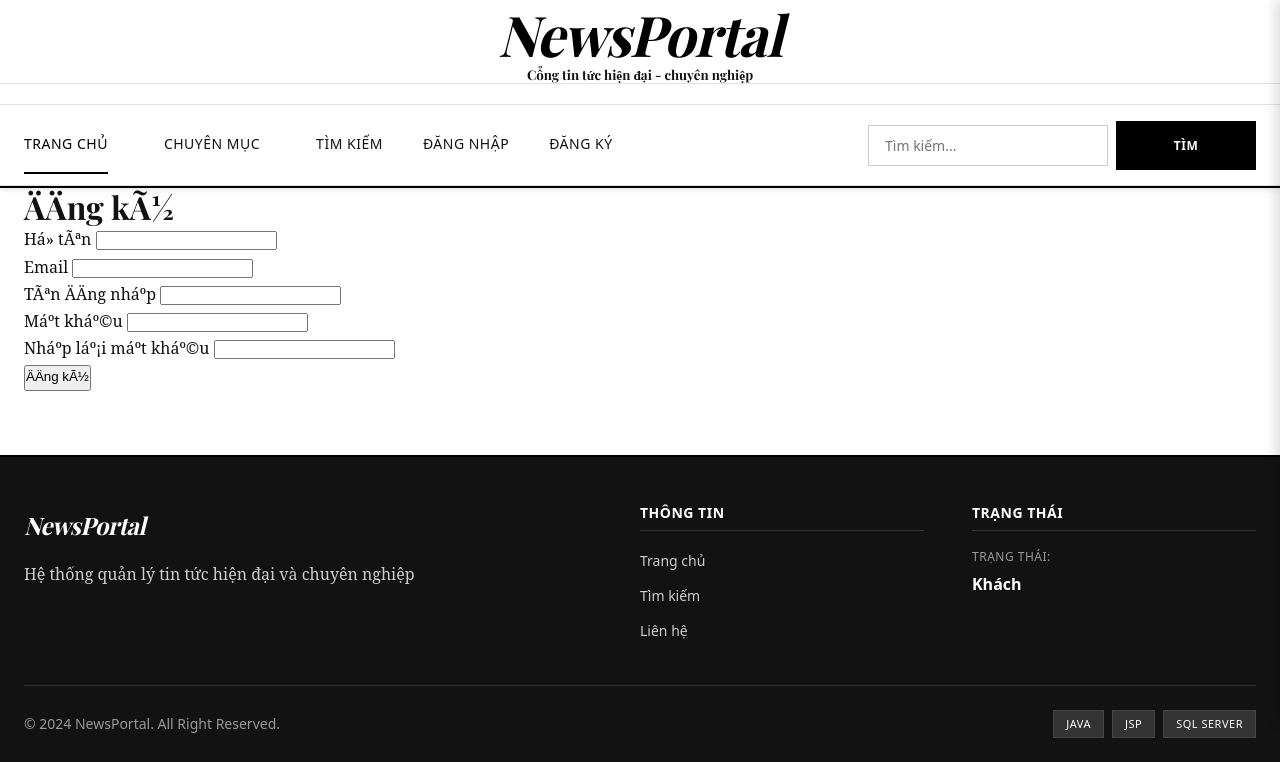
Repository: minhtvpy00202-git/Assignment_PY00202_MinhTV
Page: http://localhost/NewsPortal_PY00202/WEB-INF/views/register.jsp
These files come from the project's save history. The page is drawn as it stood at one moment and after the next save; the edit follows.
The browser window is 1280 px wide. The pictures show the whole page.
Some web fonts or font styles are not loaded; a fallback is used. The page is served by Tomcat 10. Nobody is signed in. Other server files are loaded and not shown. The template is opened directly, without the code that normally fills it, so the values that code supplies are empty.

Above is the page before, as saved 2025-09-28 01:05:18.

### Assignment_NewsPortal/NewsPortal_PY00202/src/main/webapp/WEB-INF/views/register.jsp
<%@ include file="layout/header.jsp" %>
<main class="container">
  <h1>Đăng ký</h1>
  <form action="register" method="post">
    <label>Họ tên</label>
    <input type="text" name="fullname" required><br>
    <label>Email</label>
    <input type="email" name="email" required><br>
    <label>Tên đăng nhập</label>
    <input type="text" name="username" required><br>
    <label>Mật khẩu</label>
    <input type="password" name="password" required><br>
    <label>Nhập lại mật khẩu</label>
    <input type="password" name="confirmPassword" required><br>
    <button type="submit">Đăng ký</button>
  </form>
</main>
<%@ include file="layout/footer.jsp" %>

### Assignment_NewsPortal/NewsPortal_PY00202/src/main/webapp/WEB-INF/views/layout/header.jsp
<%@ page contentType="text/html; charset=UTF-8" pageEncoding="UTF-8"%>
<%@ taglib prefix="c" uri="jakarta.tags.core"%>
<c:set var="ctx" value="${pageContext.request.contextPath}" />
<!DOCTYPE html>
<html lang="vi">
<head>
<link href="https://fonts.googleapis.com/css2?family=Playwrite+DE+Grund+Guides&display=swap" rel="stylesheet">
<link rel="preconnect" href="https://fonts.googleapis.com">
<link rel="preconnect" href="https://fonts.gstatic.com" crossorigin>
<link href="https://fonts.googleapis.com/css2?family=DM+Sans:ital,opsz,wght@0,9..40,100..1000;1,9..40,100..1000&display=swap" rel="stylesheet">
<meta charset="UTF-8">
<meta name="viewport" content="width=device-width, initial-scale=1.0">
<title><c:out value="${pageTitle != null ? pageTitle : 'NewsPortal'}" /></title>
<link rel="preconnect" href="https://fonts.googleapis.com">
<link rel="preconnect" href="https://fonts.gstatic.com" crossorigin>
<link href="https://fonts.googleapis.com/css2?family=Lora:ital,wght@0,400;0,500;0,600;0,700;1,400;1,500&display=swap" rel="stylesheet">
<link rel="stylesheet" href="${pageContext.request.contextPath}/assets/css/main.css">
</head>
<body>
	<!-- Header -->
	<header class="main-header">
		<!-- Logo Section (Desktop) -->
		<div class="logo-section">
			<div class="container">
				<h1 class="main-logo">
					<a href="${pageContext.request.contextPath}/home">NewsPortal</a>
					<h5>Cổng tin tức hiện đại - chuyên nghiệp</h5>
				</h1>
			</div>
		</div>

		<div class="container">
			<div class="header-content">
				<!-- Mobile Menu Button -->
				<button class="mobile-menu-btn" onclick="toggleMobileMenu()" aria-label="Menu">
					<span class="hamburger-line"></span>
					<span class="hamburger-line"></span>
					<span class="hamburger-line"></span>
				</button>

				<!-- Mobile Logo -->
				<div class="mobile-logo-section">
					<h1 class="mobile-logo">
						<a href="${pageContext.request.contextPath}/home">NewsPortal</a>
					</h1>
				</div>

				<!-- User Account Button (Mobile) -->
				<c:choose>
					<c:when test="${not empty sessionScope.user}">
						<c:choose>
							<c:when test="${sessionScope.user.role}">
								<a class="mobile-account-btn" href="${pageContext.request.contextPath}/admin/dashboard" aria-label="Admin Dashboard">
									<svg width="20" height="20" viewBox="0 0 24 24" fill="currentColor">
										<path d="M12 12c2.21 0 4-1.79 4-4s-1.79-4-4-4-4 1.79-4 4 1.79 4 4 4zm0 2c-2.67 0-8 1.34-8 4v2h16v-2c0-2.66-5.33-4-8-4z"/>
									</svg>
								</a>
							</c:when>
							<c:otherwise>
								<a class="mobile-account-btn" href="${pageContext.request.contextPath}/reporter/dashboard" aria-label="Reporter Dashboard">
									<svg width="20" height="20" viewBox="0 0 24 24" fill="currentColor">
										<path d="M12 12c2.21 0 4-1.79 4-4s-1.79-4-4-4-4 1.79-4 4 1.79 4 4 4zm0 2c-2.67 0-8 1.34-8 4v2h16v-2c0-2.66-5.33-4-8-4z"/>
									</svg>
								</a>
							</c:otherwise>
						</c:choose>
					</c:when>
					<c:when test="${not empty sessionScope.authUser}">
						<c:choose>
							<c:when test="${sessionScope.authUser.role}">
								<a class="mobile-account-btn" href="${pageContext.request.contextPath}/admin/dashboard" aria-label="Admin Dashboard">
									<svg width="20" height="20" viewBox="0 0 24 24" fill="currentColor">
										<path d="M12 12c2.21 0 4-1.79 4-4s-1.79-4-4-4-4 1.79-4 4 1.79 4 4 4zm0 2c-2.67 0-8 1.34-8 4v2h16v-2c0-2.66-5.33-4-8-4z"/>
									</svg>
								</a>
							</c:when>
							<c:otherwise>
								<a class="mobile-account-btn" href="${pageContext.request.contextPath}/reporter/dashboard" aria-label="Reporter Dashboard">
									<svg width="20" height="20" viewBox="0 0 24 24" fill="currentColor">
										<path d="M12 12c2.21 0 4-1.79 4-4s-1.79-4-4-4-4 1.79-4 4 1.79 4 4 4zm0 2c-2.67 0-8 1.34-8 4v2h16v-2c0-2.66-5.33-4-8-4z"/>
									</svg>
								</a>
							</c:otherwise>
						</c:choose>
					</c:when>
					<c:otherwise>
						<a class="mobile-account-btn" href="${pageContext.request.contextPath}/auth/login" aria-label="Login">
							<svg width="20" height="20" viewBox="0 0 24 24" fill="currentColor">
								<path d="M12 12c2.21 0 4-1.79 4-4s-1.79-4-4-4-4 1.79-4 4 1.79 4 4 4zm0 2c-2.67 0-8 1.34-8 4v2h16v-2c0-2.66-5.33-4-8-4z"/>
							</svg>
						</a>
					</c:otherwise>
				</c:choose>
			</div>
		</div>

		<!-- Desktop Navigation -->
		<nav class="desktop-nav">
			<div class="container">
				<div class="nav-links">
					<a class="nav-link" data-page="/home" href="${ctx}/home">Trang chủ</a>

					<div class="nav-item dropdown">
						<a class="nav-link" data-page="/category" href="#">Chuyên mục</a>
						<div class="dropdown-menu">
							<c:forEach var="cata" items="${categories}">
								<a class="dropdown-item" href="${ctx}/category?id=${cata.id}">${cata.name}</a>
							</c:forEach>
						</div>
					</div>

					<a class="nav-link" data-page="/search"   href="${ctx}/search">Tìm kiếm</a>

					<c:choose>
						<c:when test="${not empty sessionScope.user}">
							<c:choose>
								<c:when test="${sessionScope.user.role}">
									<a class="nav-link" href="${pageContext.request.contextPath}/admin/dashboard">Dashboard</a>
								</c:when>
								<c:otherwise>
									<a class="nav-link" href="${pageContext.request.contextPath}/reporter/dashboard">Dashboard</a>
								</c:otherwise>
							</c:choose>
							<a class="nav-link" href="${pageContext.request.contextPath}/auth/logout">Đăng xuất</a>
						</c:when>
						<c:when test="${not empty sessionScope.authUser}">
							<c:choose>
								<c:when test="${sessionScope.authUser.role}">
									<a class="nav-link" href="${pageContext.request.contextPath}/admin/dashboard">Dashboard</a>
								</c:when>
								<c:otherwise>
									<a class="nav-link" href="${pageContext.request.contextPath}/reporter/dashboard">Dashboard</a>
								</c:otherwise>
							</c:choose>
							<a class="nav-link" href="${pageContext.request.contextPath}/auth/logout">Đăng xuất</a>
						</c:when>
						<c:otherwise>
							<a class="nav-link" href="${pageContext.request.contextPath}/auth/login">Đăng nhập</a>
							<a class="nav-link" href="${pageContext.request.contextPath}/auth/register">Đăng ký</a>
						</c:otherwise>
					</c:choose>
				</div>

				<form class="search-form" action="${pageContext.request.contextPath}/search" method="get">
					<input class="form-control" name="q" type="search" value="<c:out value='${q}'/>" placeholder="Tìm kiếm...">
					<button class="btn btn-primary" type="submit">Tìm</button>
				</form>
			</div>
		</nav>
	</header>

	<!-- Mobile Menu Overlay -->
	<div class="mobile-menu-overlay" onclick="closeMobileMenu()"></div>

	<!-- Mobile Menu -->
	<nav class="mobile-menu">
		<div class="mobile-menu-header">
			<h2>Menu</h2>
			<button class="close-btn" onclick="closeMobileMenu()" aria-label="Close">×</button>
		</div>

		<div class="mobile-menu-content">
			<div class="mobile-nav-section">
				<a class="mobile-nav-link" href="${pageContext.request.contextPath}/home">Trang chủ</a>
				<a class="mobile-nav-link" href="${pageContext.request.contextPath}/search">Tìm kiếm</a>

				<div class="mobile-nav-group">
					<h3>Chuyên mục</h3>
					<c:forEach var="cata" items="${categories}">
						<a class="mobile-nav-sublink" href="${pageContext.request.contextPath}/category?id=${cata.id}">
							${cata.name}
						</a>
					</c:forEach>
				</div>
			</div>

			<div class="mobile-nav-section">
				<c:choose>
					<c:when test="${not empty sessionScope.user}">
						<c:choose>
							<c:when test="${sessionScope.user.role}">
								<a class="mobile-nav-link" href="${pageContext.request.contextPath}/admin/dashboard">Dashboard</a>
							</c:when>
							<c:otherwise>
								<a class="mobile-nav-link" href="${pageContext.request.contextPath}/reporter/dashboard">Dashboard</a>
							</c:otherwise>
						</c:choose>
						<a class="mobile-nav-link logout" href="${pageContext.request.contextPath}/auth/logout">Đăng xuất</a>
					</c:when>
					<c:when test="${not empty sessionScope.authUser}">
						<c:choose>
							<c:when test="${sessionScope.authUser.role}">
								<a class="mobile-nav-link" href="${pageContext.request.contextPath}/admin/dashboard">Dashboard</a>
							</c:when>
							<c:otherwise>
								<a class="mobile-nav-link" href="${pageContext.request.contextPath}/reporter/dashboard">Dashboard</a>
							</c:otherwise>
						</c:choose>
						<a class="mobile-nav-link logout" href="${pageContext.request.contextPath}/auth/logout">Đăng xuất</a>
					</c:when>
					<c:otherwise>
						<a class="mobile-nav-link" href="${pageContext.request.contextPath}/auth/login">Đăng nhập</a>
						<a class="mobile-nav-link" href="${pageContext.request.contextPath}/auth/register">Đăng ký</a>
					</c:otherwise>
				</c:choose>
			</div>

			<div class="mobile-search-section">
				<form action="${pageContext.request.contextPath}/search" method="get">
					<div class="mobile-search-group">
						<input class="mobile-search-input" name="q" type="search" value="<c:out value='${q}'/>" placeholder="Tìm kiếm bài viết...">
						<button class="mobile-search-btn" type="submit">Tìm</button>
					</div>
				</form>
			</div>
		</div>
	</nav>


<script>
// Mobile Menu Functions
function toggleMobileMenu() {
    const mobileMenu = document.querySelector('.mobile-menu');
    const overlay = document.querySelector('.mobile-menu-overlay');
    const body = document.body;
    const menuBtn = document.querySelector('.mobile-menu-btn');

    mobileMenu.classList.add('active');
    overlay.classList.add('active');
    body.classList.add('menu-open');
    menuBtn.classList.add('active');
}

function closeMobileMenu() {
    const mobileMenu = document.querySelector('.mobile-menu');
    const overlay = document.querySelector('.mobile-menu-overlay');
    const body = document.body;
    const menuBtn = document.querySelector('.mobile-menu-btn');

    mobileMenu.classList.remove('active');
    overlay.classList.remove('active');
    body.classList.remove('menu-open');
    menuBtn.classList.remove('active');
}

// Desktop Dropdown Functions
function toggleDropdown(event) {
    event.preventDefault();
    const dropdown = event.target.parentNode.querySelector('.dropdown-menu');
    const isVisible = dropdown.classList.contains('show');

    // Close all dropdowns
    document.querySelectorAll('.dropdown-menu').forEach(menu => {
        menu.classList.remove('show');
    });

    // Toggle current dropdown
    if (!isVisible) {
        dropdown.classList.add('show');
    }
}

// Close dropdown when clicking outside
document.addEventListener('click', function(event) {
    if (!event.target.closest('.dropdown')) {
        document.querySelectorAll('.dropdown-menu').forEach(menu => {
            menu.classList.remove('show');
        });
    }
});

// Close mobile menu when clicking nav links
document.querySelectorAll('.mobile-nav-link, .mobile-nav-sublink').forEach(link => {
    link.addEventListener('click', closeMobileMenu);
});

// Handle window resize
window.addEventListener('resize', function() {
    if (window.innerWidth > 768) {
        closeMobileMenu();
    }
});


</script>
<script>
document.addEventListener('DOMContentLoaded', function () {
  const ctx = '${ctx}';

  // Chuẩn hoá path: bỏ contextPath, bỏ query, bỏ dấu / cuối
  const normalize = p => {
    p = p.replace(ctx, '');
    if (!p) return '/home';
    if (p.length > 1 && p.endsWith('/')) p = p.slice(0, -1);
    return p;
  };

  const path = normalize(window.location.pathname);

  // Bỏ active cũ
  const items = Array.from(document.querySelectorAll('.desktop-nav .nav-link[data-page]'));
  items.forEach(a => a.classList.remove('active'));

  // Chọn item có data-page là prefix dài nhất của path
  let best = null;
  let bestLen = -1;
  items.forEach(a => {
    const dp = a.getAttribute('data-page');
    if (path === dp || path.startsWith(dp)) {
      if (dp.length > bestLen) {
        best = a;
        bestLen = dp.length;
      }
    }
  });

  // Fallback: vẫn không thấy thì gắn Trang chủ
  if (!best) {
    best = document.querySelector('.desktop-nav .nav-link[data-page="/home"]');
  }

  if (best) best.classList.add('active');
});
</script>

</body>

### Assignment_NewsPortal/NewsPortal_PY00202/src/main/webapp/WEB-INF/views/layout/footer.jsp
<%@ page contentType="text/html; charset=UTF-8" pageEncoding="UTF-8"%>
<%@ taglib prefix="c" uri="jakarta.tags.core" %>

<!-- Modern Footer -->
<footer class="modern-footer">
    <div class="footer-container">
        <div class="footer-content">
            <div class="footer-section">
                <div class="footer-brand">
                    <span class="footer-logo">📰</span>
                    <span class="footer-title">NewsPortal</span>
                </div>
                <p class="footer-description">
                    Hệ thống quản lý tin tức hiện đại và chuyên nghiệp
                </p>
            </div>

            <div class="footer-section">
                <h4 class="footer-heading">Thông tin</h4>
                <ul class="footer-links">
                    <li><a href="${pageContext.request.contextPath}/home">Trang chủ</a></li>
                    <li><a href="${pageContext.request.contextPath}/search">Tìm kiếm</a></li>
                    <li><a href="#" onclick="return false;">Liên hệ</a></li>
                </ul>
            </div>

            <div class="footer-section">
                <h4 class="footer-heading">Trạng thái</h4>
                <div class="footer-status">
                    <c:choose>
                        <c:when test="${not empty sessionScope.authUser}">
                            <div class="status-item">
                                <span class="status-label">Đăng nhập:</span>
                                <span class="status-value">
                                    <c:out value="${sessionScope.authUser.fullname != null ? sessionScope.authUser.fullname : sessionScope.authUser.username}"/>
                                </span>
                            </div>
                            <div class="status-item">
                                <span class="status-label">Vai trò:</span>
                                <span class="status-value ${sessionScope.authUser.role ? 'admin' : 'reporter'}">
                                    ${sessionScope.authUser.role ? 'Quản trị viên' : 'Phóng viên'}
                                </span>
                            </div>
                        </c:when>
                        <c:when test="${not empty sessionScope.user}">
                            <div class="status-item">
                                <span class="status-label">Đăng nhập:</span>
                                <span class="status-value">
                                    <c:out value="${sessionScope.user.fullname != null ? sessionScope.user.fullname : sessionScope.user.username}"/>
                                </span>
                            </div>
                        </c:when>
                        <c:otherwise>
                            <div class="status-item">
                                <span class="status-label">Trạng thái:</span>
                                <span class="status-value">Khách</span>
                            </div>
                        </c:otherwise>
                    </c:choose>
                </div>
            </div>
        </div>

        <div class="footer-bottom">
            <div class="footer-copyright">
                <p>&copy; 2024 NewsPortal. All Right Reserved.</p>
            </div>
            <div class="footer-tech">
                <span class="tech-badge">Java</span>
                <span class="tech-badge">JSP</span>
                <span class="tech-badge">SQL Server</span>
            </div>
        </div>
    </div>
</footer>



</body>
</html>

Loaded but not shown: Assignment_NewsPortal/NewsPortal_PY00202/src/main/webapp/assets/css/main.css (4201 lines, source omitted)

After the next save:
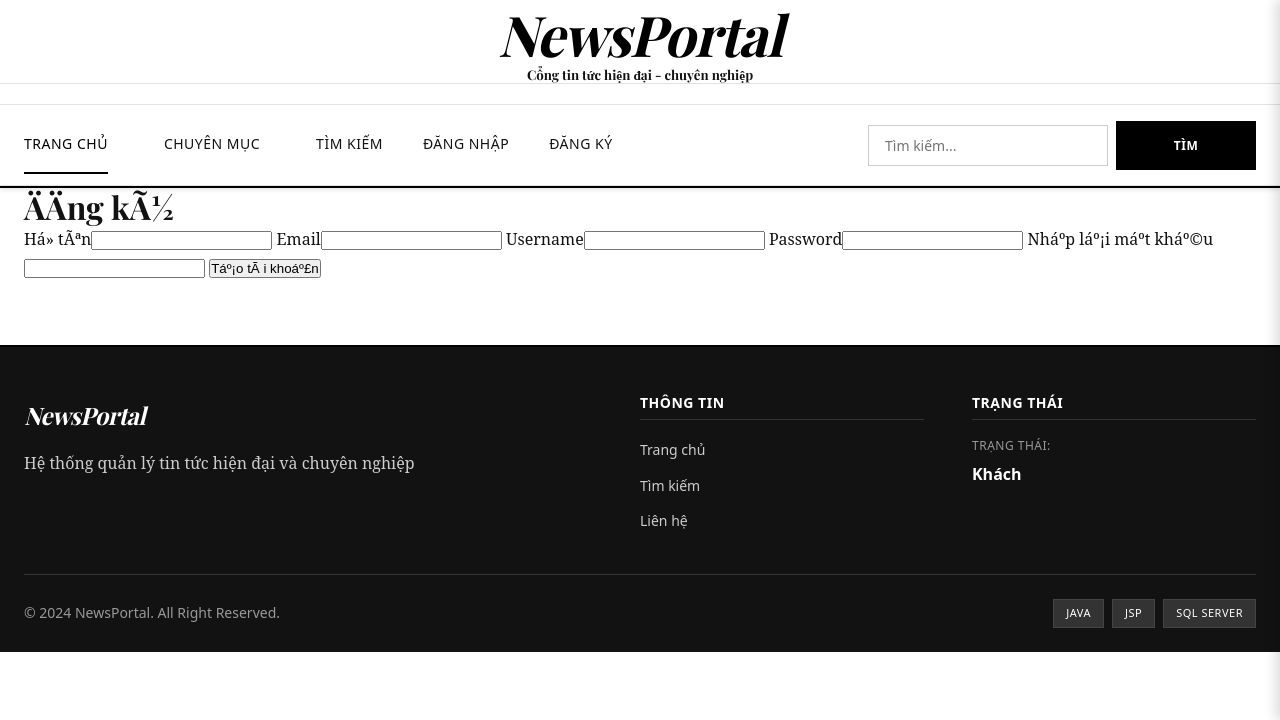
Saved 14 s later.
--- a/Assignment_NewsPortal/NewsPortal_PY00202/src/main/webapp/WEB-INF/views/register.jsp
+++ b/Assignment_NewsPortal/NewsPortal_PY00202/src/main/webapp/WEB-INF/views/register.jsp
@@ -1,18 +1,14 @@
-<%@ include file="layout/header.jsp" %>
-<main class="container">
-  <h1>Đăng ký</h1>
-  <form action="register" method="post">
-    <label>Họ tên</label>
-    <input type="text" name="fullname" required><br>
-    <label>Email</label>
-    <input type="email" name="email" required><br>
-    <label>Tên đăng nhập</label>
-    <input type="text" name="username" required><br>
-    <label>Mật khẩu</label>
-    <input type="password" name="password" required><br>
-    <label>Nhập lại mật khẩu</label>
-    <input type="password" name="confirmPassword" required><br>
-    <button type="submit">Đăng ký</button>
-  </form>
+<%@ include file="/WEB-INF/views/layout/header.jsp"%>
+<main class="container narrow">
+	<h1>Đăng ký</h1>
+	<form class="form" action="${pageContext.request.contextPath}/register"
+		method="post">
+		<label>Họ tên</label><input name="fullname" required> <label>Email</label><input
+			type="email" name="email" required> <label>Username</label><input
+			name="username" required> <label>Password</label><input
+			type="password" name="password" required> <label>Nhập
+			lại mật khẩu</label><input type="password" name="confirm" required>
+		<button type="submit">Tạo tài khoản</button>
+	</form>
 </main>
-<%@ include file="layout/footer.jsp" %>
+<%@ include file="/WEB-INF/views/layout/footer.jsp"%>
